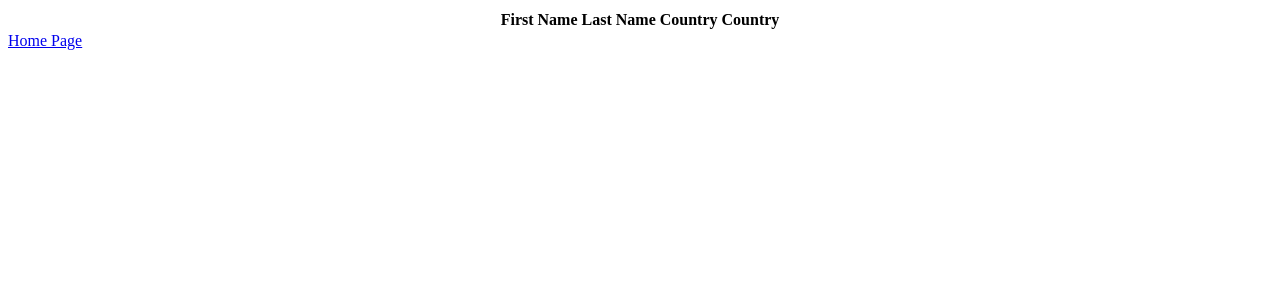
Repository: SaumyaGuptaTechnokrat/Employee_management
Page: http://localhost/Employee/EmployeeList.jsp
The author's editor kept a copy of each file at every save. The page is drawn from the files as they stood at one save, then again after the next save.
The browser window is 1280 px wide. The pictures show the whole page.
The page is served by Tomcat 9. Queries for data that is not in the repository find no rows.

Above is the page before, as saved 2023-02-12 07:26:54.

After the next save:
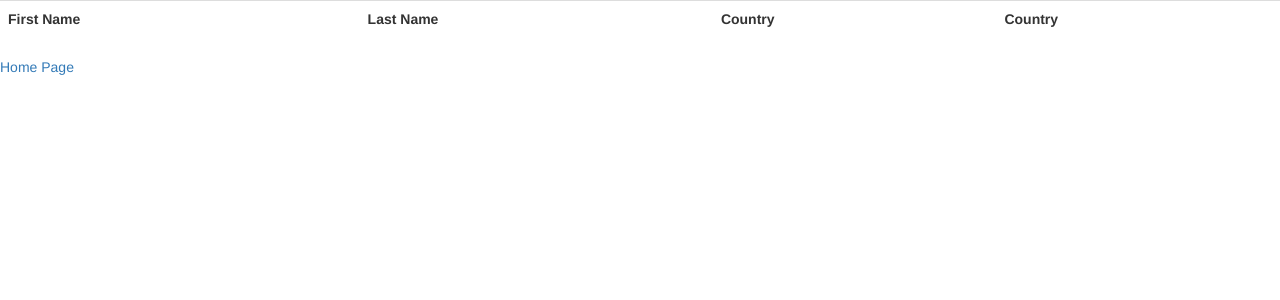
Saved 44 s later.
--- a/Employee/src/main/webapp/EmployeeList.jsp
+++ b/Employee/src/main/webapp/EmployeeList.jsp
@@ -5,6 +5,8 @@
 <head>
 <meta charset="ISO-8859-1">
 <title>Insert title here</title>
+  <link rel="stylesheet" href="https://maxcdn.bootstrapcdn.com/bootstrap/3.4.1/css/bootstrap.min.css">
+
 </head>
 <body>
 <%
